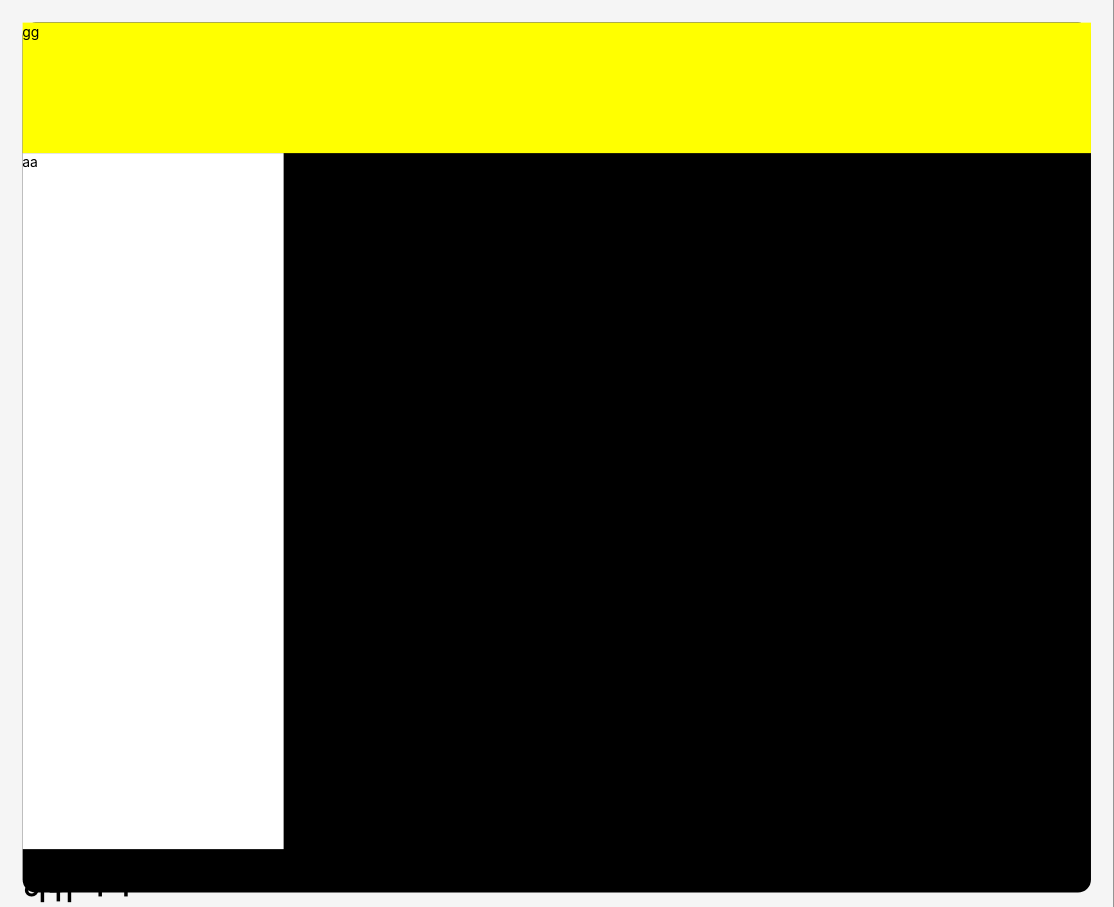
Repository: yangddoddi/community_react
Page: /
These files come from the project's save history. The page is drawn as it stood at one moment and after a run of saves; the edit follows.
The browser window is 1280 px wide. The pictures show the whole page, at 87% of full size.
The page's requests for data from a server got no answer. The project was rebuilt for these pictures with package versions that can differ from the ones it lists, and the page was loaded fresh each time. No one was signed in, and anything a server would have sent is missing.

Above is the page before, as saved 2022-08-16 23:54:54.

### src/App.js
import React, { useState, useEffect } from "react";
import { BrowserRouter, Routes, Route } from "react-router-dom";
import { Posts } from "./pages/Posts";
import { Sidebar } from "./components/Sidebar";
import { Header } from "./components/Header";
import "./App.scss";

function App() {
  return (
    <BrowserRouter>
      <div className="container">
        <Header />
        <Sidebar />
        <Routes>
          <Route path="/" element={<Posts />} />
        </Routes>
      </div>
    </BrowserRouter>
  );
}

export default App;

### src/pages/Posts.js
import React, { useEffect, useState } from "react";
import { testAxios } from "../config/testAxios";
import axios from "axios";

export const Posts = () => {
  const [test, setTest] = useState("");
  const apiTest = (d) => {
    setTest(d);
  };

  useEffect(() => {
    testAxios("test", apiTest);
  });

  return (
    <div>
      <h1> 하위 ㅋㅋ </h1>
      <h2> {test} </h2>
    </div>
  );
};

### src/components/Sidebar.js
import styles from "./Sidebar.module.scss";

export const Sidebar = () => {
  return (
    <nav className={styles.sidebar}>
      <div>aa</div>
    </nav>
  );
};

### src/components/Header.js
import styles from "./Header.module.scss";

export const Header = () => {
  return (
    <header className={styles.header}>
      <div>gg</div>
    </header>
  );
};

### src/App.scss

html,body, #root {
    height: 100%;
}

#root {
    display: flex;
    justify-content: center;
    padding: 2%;
}

body {
    padding: auto;
    background-color: whitesmoke;
    width: 100%;
    height: 100%;
}

.container {
    border-radius: 15px;
    background-color: black;
    width: 1300px;
    height: 1000px;
    display: block;
}

### src/config/testAxios.js
import axios from "axios";

export const testAxios = (url, findIp) => {
  axios({
    url: "/" + url,
    method: "post",
    baseURL: "http://localhost:8080",
    withCredentials: true,
  }).then((res) => {
    findIp(res.data);
  });
};

### src/components/sidebar.module.scss

.sidebar {
    background-color: white;
    height: 800px;
    width: 300px;
}

### src/components/header.module.scss


.header {
    width: 100%;
    height: 15%;
    background-color: yellow;
}

Loaded but not shown: public/index.html (common file); src/index.js (common file); src/index.css (common file); src/reportWebVitals.js (common file)

After the next 2 saves:
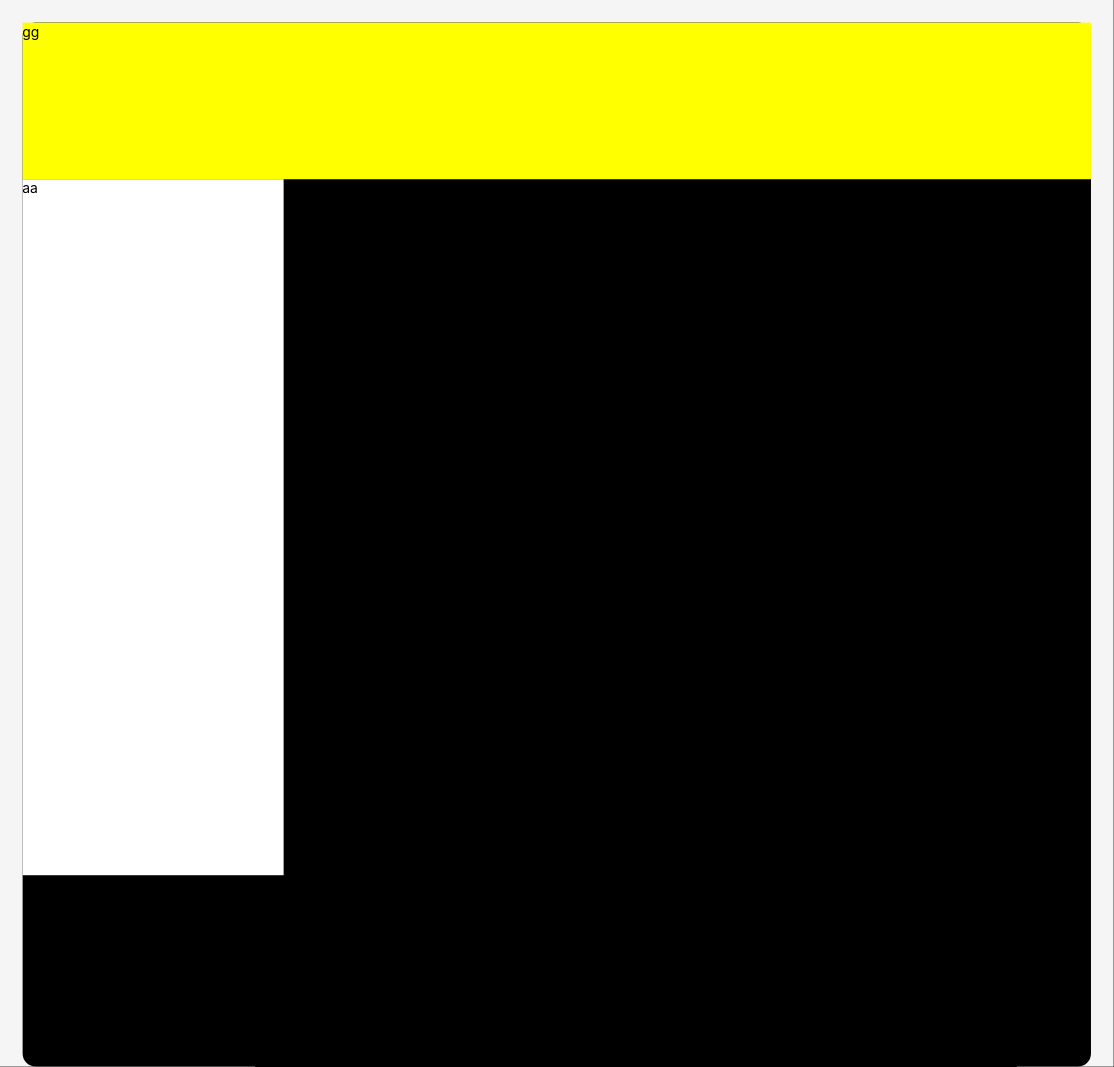
The 2 saves are shown as one change because they came seconds apart.
The last was saved 37 s later.
--- a/src/App.scss
+++ b/src/App.scss
@@ -19,7 +19,7 @@ body {
 .container {
     border-radius: 15px;
     background-color: black;
-    width: 1300px;
-    height: 1000px;
+    width: 1800px;
+    height: 1200px;
     display: block;
 }
